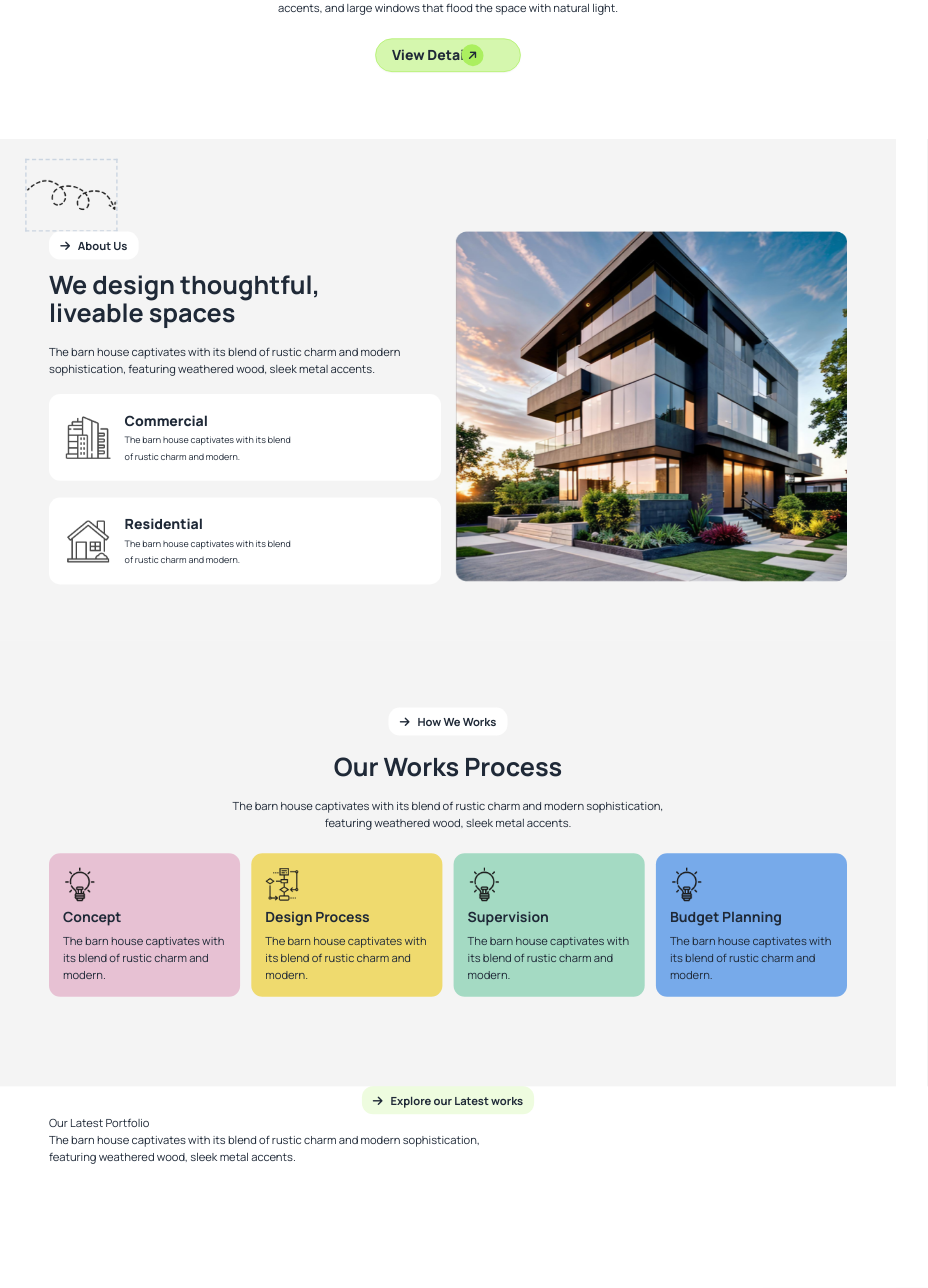
Repository: Tanvir4312/assignment-03
Page: index.html
The author's editor kept a copy of each file at every save. The page is drawn from the files as they stood at one save, then again after the next save.
The browser window is 1280 px wide. The page is 1325 px wide, so the pictures cover 1325 px, including what lies to the right of the window. The pictures show the part of the page from y = 747 to 2587 px (the page is 2587 px tall), at 70% of full size.
Some web libraries are served in a nearby version.

Above is the page before, as saved 2024-10-30 18:06:33.

### index.html
<!DOCTYPE html>
<html lang="en">

<head>
    <meta charset="UTF-8">
    <meta name="viewport" content="width=device-width, initial-scale=1.0">
    <title>Renterio</title>
    <link rel="stylesheet" href="styles/styles.css">
    <!-- DaisyUI -->
    <link href="https://cdn.jsdelivr.net/npm/daisyui@4.12.14/dist/full.min.css" rel="stylesheet" type="text/css" />
    <script src="https://cdn.tailwindcss.com"></script>
    <!-- Icon -->
    <link rel="stylesheet" href="https://cdnjs.cloudflare.com/ajax/libs/font-awesome/6.6.0/css/all.min.css"
        integrity="sha512-Kc323vGBEqzTmouAECnVceyQqyqdsSiqLQISBL29aUW4U/M7pSPA/gEUZQqv1cwx4OnYxTxve5UMg5GT6L4JJg=="
        crossorigin="anonymous" referrerpolicy="no-referrer" />

    <script>
        tailwind.config = {
            theme: {
                extend: {
                    colors: {
                        clifford: '#da373d',
                        bgBtnColor: '#ABEF5F',
                        btnTextAndWorksTextColor: '#1C1C1C',
                        mainColor: '#212121',
                        secondaryColor: '#494949',

                    }
                }
            }
        }
    </script>
</head>

<body class="manrope-font">
    <header>
        <!-- Navbar -->
        <nav class="container mx-auto">
            <div class="navbar relative py-14">
                <div class="navbar-start">
                    <div class="absolute right-0">
                        <div class="dropdown">
                            <div tabindex="0" role="button"
                                class="btn btn-ghost mr-2 lg:hidden border border-[rgba(233,233,233)] rounded-full bg-[#f9f8f8]">
                                <svg xmlns="http://www.w3.org/2000/svg" class="h-5 w-5" fill="none" viewBox="0 0 24 24"
                                    stroke="currentColor">
                                    <path stroke-linecap="round" stroke-linejoin="round" stroke-width="2"
                                        d="M4 6h16M4 12h8m-8 6h16" />
                                </svg>
                            </div>
                            <div class="absolute -left-20">
                                <ul tabindex=""
                                    class="menu menu-sm dropdown-content bg-base-100 rounded-box z-[1] p-2 shadow w-32">
                                    <li><a>Home</a></li>
                                    <li><a>Services</a></li>
                                    <li><a>Portfolio</a></li>
                                    <li><a>Blogs</a></li>
                                    <li><a>Contact Us</a></li>
                                </ul>
                            </div>
                        </div>
                    </div>
                    <i class="fa-solid fa-arrow-right -rotate-45 bg-bgBtnColor p-2 rounded-full	"></i>
                    <a class="btn btn-ghost font-extrabold text-3xl pl-2">Renterio</a>
                </div>
                <div class="navbar-center hidden lg:flex">
                    <ul class="menu menu-horizontal px-1">
                        <li><a class="font-extrabold">Home</a></li>
                        <li><a>Services</a></li>
                        <li><a>Portfolio</a></li>
                        <li><a>Blogs</a></li>
                        <li><a>Contact Us</a></li>
                    </ul>
                </div>

                <div class="navbar-end hidden md:block">
                    <div class="flex justify-end">
                        <div class="flex items-center gap-3 mr-2">
                            <div class="px-3 py-1 border border-[rgba(233,233,233)] rounded-full bg-[#f9f8f8]">
                                <i class="fa-solid fa-magnifying-glass"></i>
                            </div>
                            <div class="px-3 py-1 border border-[rgba(233,233,233)] rounded-full bg-[#f9f8f8]">
                                <i class="fa-solid fa-cart-shopping"></i>
                            </div>
                        </div>
                        <div class="relative ">
                            <button class="btn bg-bgBtnColor rounded-3xl pr-14 text-lg font-semibold">Book
                                Consult</button>
                            <i
                                class="fa-solid fa-arrow-right -rotate-45 bg-black text-white p-2 rounded-full absolute top-2 right-4 "></i>
                        </div>
                    </div>
                </div>
            </div>
        </nav>
        <!-- Banner -->
        <section class="banner text-center">
            <!-- Banner Image -->
            <div class="flex justify-center px-14">
                <img src="./assets/banner.png" alt="">
            </div>
            <!-- Banner Text -->
            <div class="mt-6">
                <h1 class="text-3xl md:text-6xl font-extrabold md:leading-[80px]">A barn house of this design
                    has a <br>striking appearance
                </h1>
                <p class="mt-6 mb-8 px-5">The barn house captivates with its blend of rustic charm and modern
                    sophistication,
                    featuring weathered wood, sleek metal <br> accents, and large windows that flood the space with
                    natural light.</p>
                <!-- Banner Button -->
                <div class="relative flex px-2 md:justify-center md:items-center">
                    <div class="w-full text-start md:text-center">
                        <button
                            class="btn border border-[rgba(171,239,95)] bg-[rgba(171,239,95,0.5)] rounded-3xl mainColor text-xl font-extrabold pr-14 l w-full md:w-52">View
                            Details</button>
                    </div>
                    <div>
                        <i
                            class="fa-solid fa-arrow-right -rotate-45 bg-bgBtnColor p-2 rounded-full absolute bottom-2 right-[590px]"></i>

                        <i
                            class="md:hidden absolute top-3 right-20 fa-solid fa-arrow-right -rotate-45 bg-bgBtnColor p-2 rounded-full"></i>
                    </div>
                </div>
            </div>
        </section>
    </header>

    <main class="bg-[#F4F4F4]">
        <!-- Commercial and Residential Section -->
        <section class="bg-[#F4F4F4] md:my-24 my-5 pt-7 pb-5 md:pb-20">
            <!-- Vector Image -->
            <img class="hidden md:block border-dashed border-2 border-slate-300 py-7 ml-9" src="./assets/Vector.png"
                alt="">
            <div class="md:w-[1140px] mx-auto grid md:grid-cols-2 grid-cols-1 gap-5 p-4 md:p-0">
                <div>
                    <!-- About Us Button -->
                    <div class="flex justify-center md:flex-col">
                        <div class="bg-white w-32 py-2 px-4 rounded-2xl">
                            <i class="fa-solid fa-arrow-right pr-2"></i>
                            <button class="font-bold">About Us</button>
                        </div>
                    </div>
                    <!-- Text -->
                    <div class="mt-4 md:text-start text-center">
                        <h1 class="text-2xl md:text-4xl font-bold mainColor mb-6">We design thoughtful, <br> liveable
                            spaces
                        </h1>
                        <p class="secondaryColor">The barn house captivates with its blend of rustic charm and
                            modern sophistication, featuring weathered wood, sleek metal accents.</p>
                    </div>

                    <div class="flex md:items-center gap-5 my-6 bg-white p-6 rounded-2xl">
                        <!-- Image -->
                        <div>
                            <img src="./assets/commercial.png" alt="">
                        </div>
                        <!-- Text -->
                        <div>
                            <h3 class="text-xl font-extrabold">Commercial</h3>
                            <p><small>The barn house captivates with its blend <br> of rustic charm and modern.</small>
                            </p>
                        </div>
                    </div>
                    <div class="flex md:items-center gap-5 bg-white p-6 rounded-2xl">
                        <!-- Image -->
                        <div>
                            <img src="./assets/residential.png" alt="">
                        </div>
                        <!-- Text -->
                        <div>
                            <h3 class="text-xl font-extrabold">Residential</h3>
                            <p><small>The barn house captivates with its blend <br> of rustic charm and modern.</small>
                            </p>
                        </div>
                    </div>

                </div>
                <!-- Image -->
                <div>
                    <img class="h-60 w-full md:h-[500px]" src="./assets/Rectangle.png" alt="">
                </div>
            </div>
        </section>

        <!-- Works Process section -->
        <section class="md:w-[1140px] mx-auto px-4 md:px-0 md:pb-24">
            <!-- Works Button -->
            <div class="flex justify-center">
                <div class="bg-white py-2 px-4 rounded-2xl">
                    <i class="fa-solid fa-arrow-right pr-2"></i>
                    <button class="font-bold">How We Works</button>
                </div>
            </div>
            <!-- Text -->
            <div class="text-center">
                <h1 class="py-4 md:py-6 text-2xl md:text-4xl font-bold">Our Works Process</h1>
                <p>The barn house captivates with its blend of rustic charm and modern sophistication, <br> featuring
                    weathered wood, sleek metal accents.</p>
            </div>
            <!-- Card -->
            <div class="card grid grid-cols-1 md:grid-cols-4 gap-4 my-8">
                <div class="bg-[rgba(231,193,211)] rounded-2xl p-5">
                    <img src="./assets/concept.png" alt="">
                    <h4 class="py-2 text-xl font-bold">Concept</h4>
                    <p>The barn house captivates with its blend of rustic charm and modern.</p>
                </div>
                <div class="bg-[rgba(239,218,110)] rounded-2xl p-5">
                    <img src="./assets/flow-chart.png" alt="">
                    <h4 class="py-2 text-xl font-bold">Design Process</h4>
                    <p>The barn house captivates with its blend of rustic charm and modern.</p>
                </div>
                <div class="bg-[rgba(164,218,195)] rounded-2xl p-5">
                    <img src="./assets/concept.png" alt="">
                    <h4 class="py-2 text-xl font-bold">Supervision</h4>
                    <p>The barn house captivates with its blend of rustic charm and modern.</p>
                </div>
                <div class="bg-[rgba(119,170,234)] rounded-2xl p-5">
                    <img src="./assets/concept.png" alt="">
                    <h4 class="py-2 text-xl font-bold">Budget Planning</h4>
                    <p>The barn house captivates with its blend of rustic charm and modern.</p>
                </div>
            </div>
        </section>
        <!-- Latest Portfolio Section -->
        <section class="md:bg-white h-72">
            <div class=" md:w-[1140px] mx-auto">
                <!-- Latest Works Button -->
                <div class="flex justify-center">
                    <div class="bg-[rgba(171,239,95,0.2)] py-2 px-4 rounded-2xl">
                        <i class="fa-solid fa-arrow-right pr-2"></i>
                        <button class="font-bold">Explore our Latest works</button>
                    </div>
                </div>
                <!-- Text -->
                <h1>Our Latest Portfolio</h1>
                <p>The barn house captivates with its blend of rustic charm and modern sophistication, <br> featuring
                    weathered wood, sleek metal accents.</p>
            </div>
        </section>
    </main>

</body>

</html>

### styles/styles.css
/* Font */
@import url('https://fonts.googleapis.com/css2?family=Manrope:wght@200..800&display=swap');


.manrope-font {
  font-family: "Manrope", sans-serif;


}

After the next save:
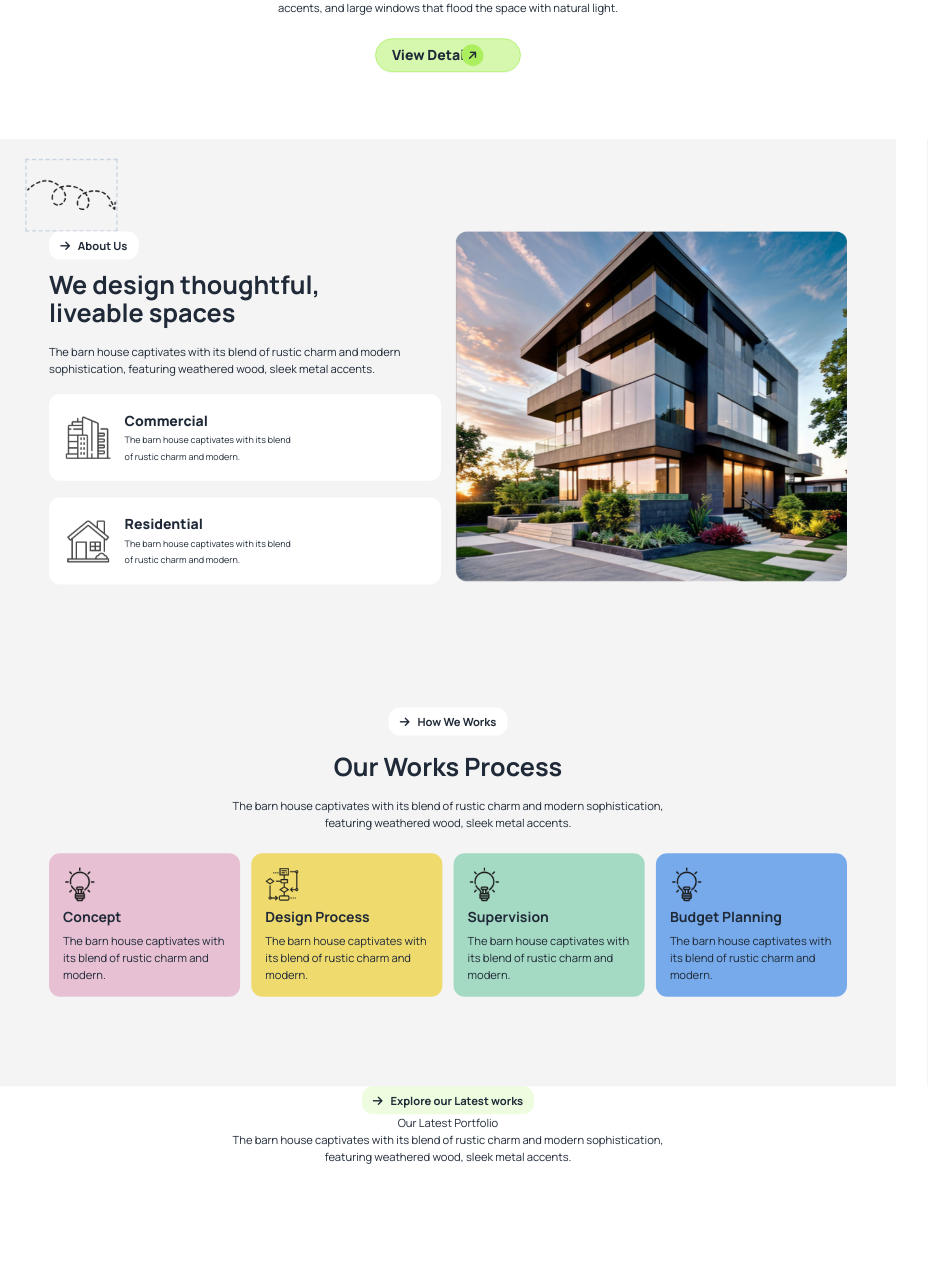
Saved 27 s later.
--- a/index.html
+++ b/index.html
@@ -234,9 +234,12 @@
                     </div>
                 </div>
                 <!-- Text -->
-                <h1>Our Latest Portfolio</h1>
-                <p>The barn house captivates with its blend of rustic charm and modern sophistication, <br> featuring
-                    weathered wood, sleek metal accents.</p>
+                <div class="text-center">
+                    <h1>Our Latest Portfolio</h1>
+                    <p>The barn house captivates with its blend of rustic charm and modern sophistication, <br>
+                        featuring
+                        weathered wood, sleek metal accents.</p>
+                </div>
             </div>
         </section>
     </main>
